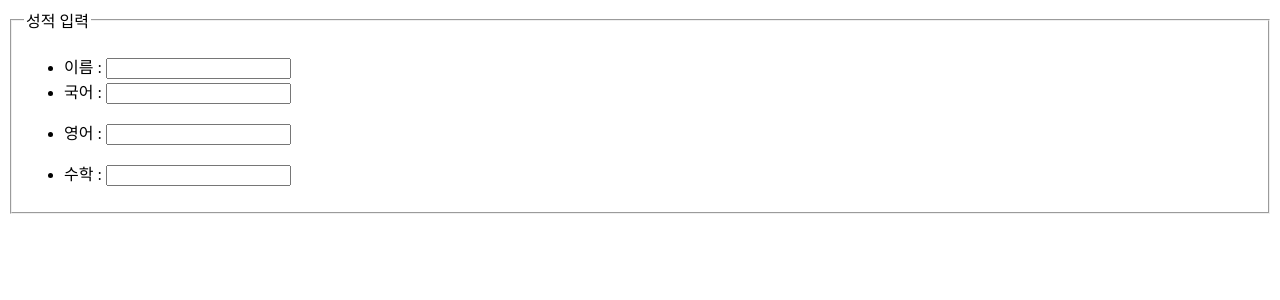
Repository: hagjun/jspstudy
Page: http://localhost/01_servlet/view/ex14.jsp
An editor plug-in stored every save of this project. The page is shown before and after the next save, followed by the edit.
The browser window is 1280 px wide. The pictures show the whole page.
The page is served by Tomcat 9. Other server files are loaded and not shown.

Above is the page before, as saved 2024-03-06 03:11:54.

### 01_servlet/src/main/webapp/view/ex14.jsp
<%@ page language="java" contentType="text/html; charset=UTF-8"
    pageEncoding="UTF-8"%>
<!DOCTYPE html>
<html>
<head>
<meta charset="UTF-8">
<title>Insert title here</title>
</head>
<body>
	<form action="" method="post">
		<fieldset>
			<legend> 성적 입력</legend>
			<ul>
				<li><label for="name">이름 : </label><input type="text" id="name" name="name" required></li>
				<li><label for="kor">국어 : </label><input type="number" id="kor" name="kor" required></p>
				<li><label for="eng">영어 : </label><input type="number" id="eng" name="eng" required></p>
				<li><label for="math">수학 : </label><input type="number" id="math" name="math" required></p>
			</ul>
		</fieldset>
	</form>
</body>
</html>

After the next save:
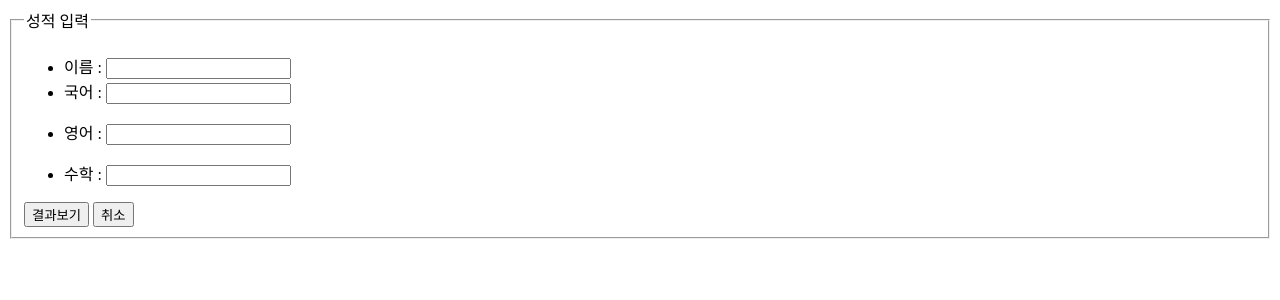
Saved 85 s later.
--- a/01_servlet/src/main/webapp/view/ex14.jsp
+++ b/01_servlet/src/main/webapp/view/ex14.jsp
@@ -16,6 +16,8 @@
 				<li><label for="eng">영어 : </label><input type="number" id="eng" name="eng" required></p>
 				<li><label for="math">수학 : </label><input type="number" id="math" name="math" required></p>
 			</ul>
+			<input type="submit" value="결과보기">
+			<input type="reset" value="취소">
 		</fieldset>
 	</form>
 </body>
